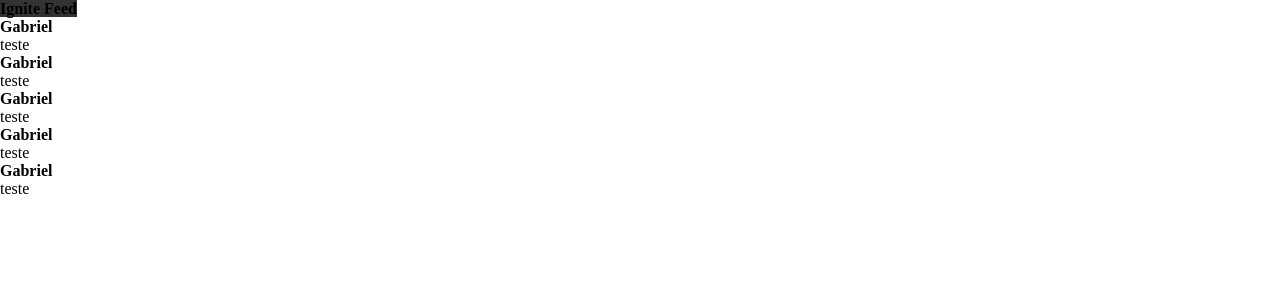
Repository: viniimartins/reactFundamentosRocketseat
Page: /
An editor plug-in stored every save of this project. The page is shown before and after a run of saves, followed by the edit.
The browser window is 1280 px wide. The pictures show the whole page.
The project was rebuilt for these pictures with package versions that can differ from the ones it lists, and the page was loaded fresh each time. Also part of the build but not shown: vite.config.js.

Above is the page before, as saved 2023-04-28 15:25:38.

### src/App.jsx
import { Header } from './Components/Header'
import { Post } from './Post'

import './global.css'


function App() {
  return (
    <>
      <Header />
      <Post
        author="Gabriel"
        content="teste"
      />
      <Post
        author="Gabriel"
        content="teste"
      />
      <Post
        author="Gabriel"
        content="teste"
      />
      <Post
        author="Gabriel"
        content="teste"
      />
      <Post
        author="Gabriel"
        content="teste"
      />
    </>
  )
}

export default App

### src/Components/Header.jsx
import './Header.css';


export function Header() {
    return (
        <strong className='header'>Ignite Feed</strong>
    );
}

### src/Post.jsx


export function Post({ author, content }) {
    return (
        <div>
            <strong>{author}</strong>
            <p>{content}</p>
        </div>

    )
}

### src/global.css
:root {
  --white: #fff;

  --gray-100: #e1e1e6;
  --gray-300: #c4c4cc;
  --gray-400: #8d8d99;
  --gray-500: #323238;
  --gray-700: #29292e;
  --gray-800: #202024;
  --gray-900: #121214;

  --green-500: #00875f;
}

* {
  margin: 0;
  padding: 0;
  box-sizing: border-box;
}



body {
    background-color: ();
}

Loaded but not shown: index.html (common file); src/main.jsx (common file); src/Components/Header.css (common file)

After the next 6 saves:
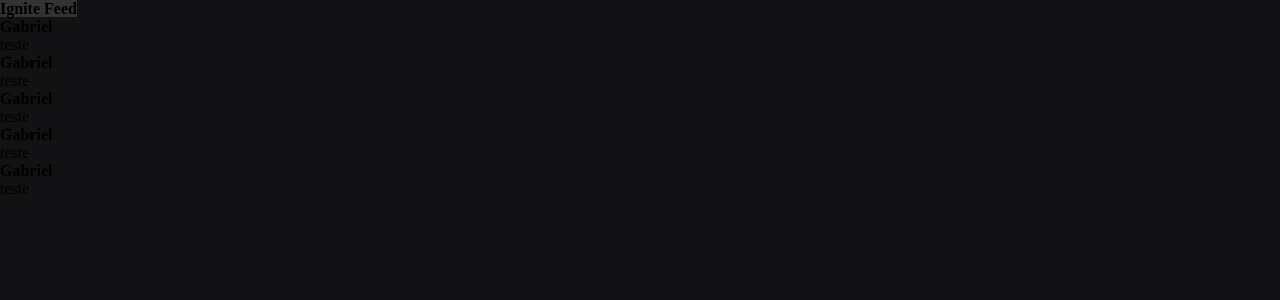
The 6 saves are shown as one change because they came seconds apart.
The last was saved 15 s later.
--- a/src/global.css
+++ b/src/global.css
@@ -21,5 +21,6 @@
 
 
 body {
-    background-color: ();
+    background: var(--gray-900);
+    color: var(--gra)
 }
